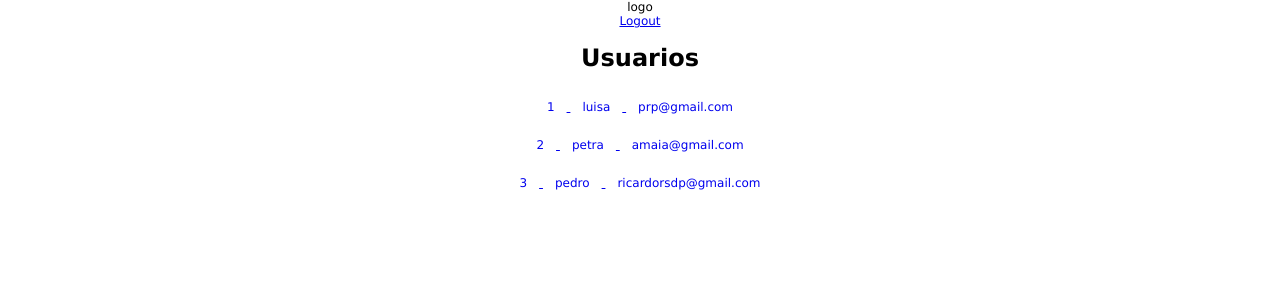
Repository: borjasegui/javaWeb
Page: http://localhost/HelloMVC/ListaUsuarios
An editor plug-in stored every save of this project. The page is shown before and after the next save, followed by the edit.
The browser window is 1280 px wide. The pictures show the whole page.
The page is served by Tomcat 9.

Above is the page before, as saved 2018-11-15 13:28:14.

After the next save:
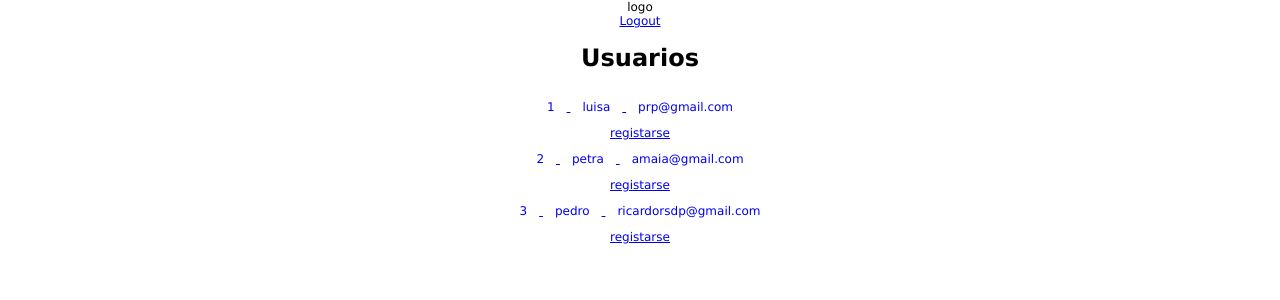
Saved 1 s later.
--- a/java-web/HelloMVC/WebContent/ListaUsuarios.jsp
+++ b/java-web/HelloMVC/WebContent/ListaUsuarios.jsp
@@ -22,6 +22,7 @@
 					<div>${unUsuario.name}</div>
 					<div>${unUsuario.email}</div>
 			</a></li>
+			<li><a href="./listaUsuarios">registarse</a></li>
 		</c:forEach>
 
 	</ul>
